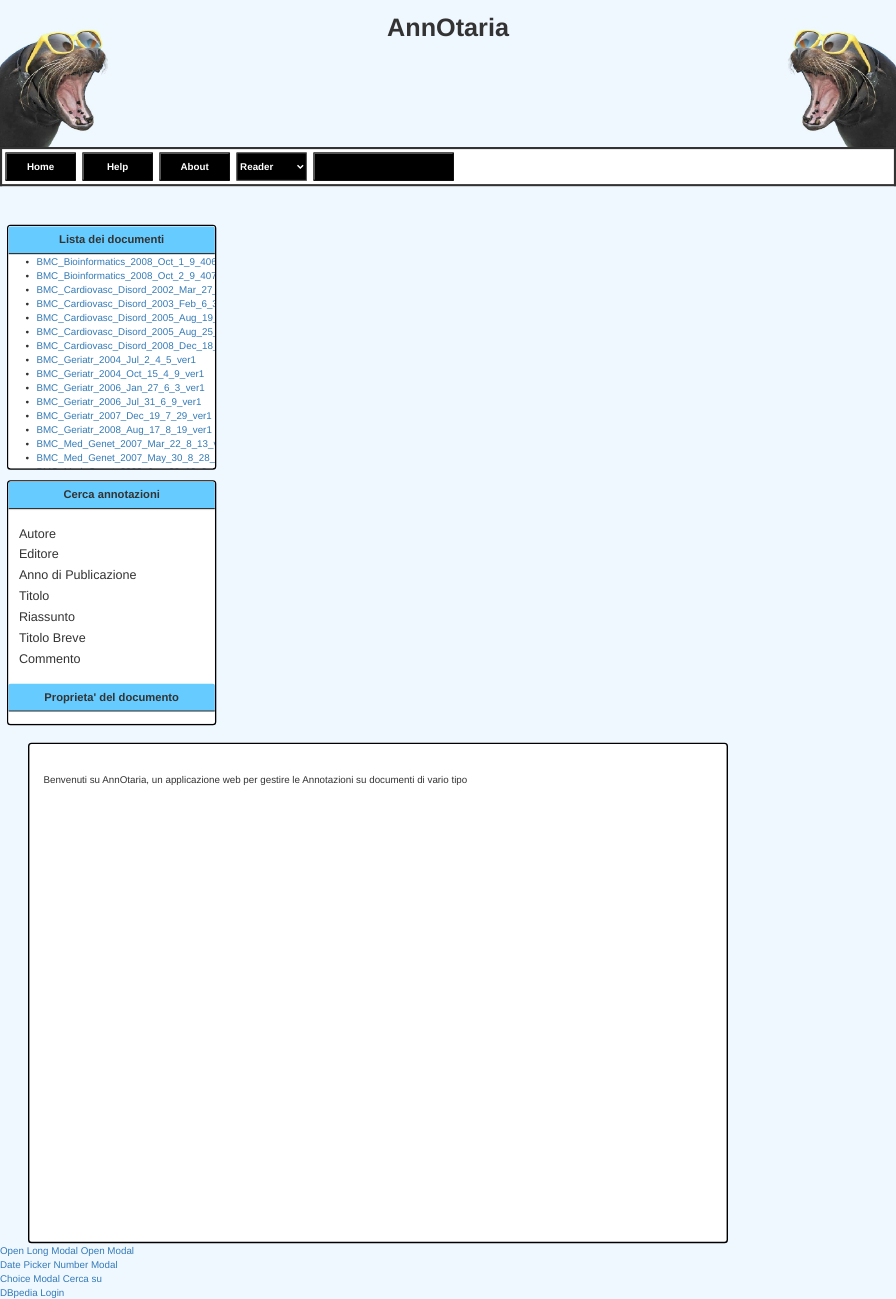
Repository: Bratu92/AnnOtaria
Page: AnnOtaria/View/index.html
The author's editor kept a copy of each file at every save. The page is drawn from the files as they stood at one save, then again after the next save.
The browser window is 1280 px wide. The pictures show the whole page, at 70% of full size.
Some web libraries are served in a nearby version.

Above is the page before, as saved 2015-02-02 16:47:40.

### AnnOtaria/View/index.html
<!DOCTYPE html PUBLIC "-//W3C//DTD HTML 4.01 Transitional//EN" "http://www.w3.org/TR/html4/loose.dtd">
<html>
	<head>
		<title>AnnoOtaria - Title of Document 1</title>
		<script type="text/javascript" src="../lib/jquery-2.1.3.js"></script>
		<!-- Latest compiled and minified CSS -->
		<link rel="stylesheet" href="https://maxcdn.bootstrapcdn.com/bootstrap/3.3.2/css/bootstrap.min.css">

		<!-- Optional theme -->
		<link rel="stylesheet" href="https://maxcdn.bootstrapcdn.com/bootstrap/3.3.2/css/bootstrap-theme.min.css">

		<!-- Latest compiled and minified JavaScript -->
		<script src="https://maxcdn.bootstrapcdn.com/bootstrap/3.3.2/js/bootstrap.min.js"></script>
		<link type="text/css" rel="stylesheet" href="../Css/layoutindex.css"/>
		<link type="text/css" rel="stylesheet" href="../Css/longTextModal.css"/>
		<link type="text/css" rel="stylesheet" href="../Css/shortTextModal.css"/>
		<link type="text/css" rel="stylesheet" href="../Css/numberModal.css"/>
		<link type="text/css" rel="stylesheet" href="../Css/choiceModal.css"/>
		<link type="text/css" rel="stylesheet" href="../Css/layoutDBPedia.css"/>

		<script type="text/javascript" src="../Js/index.js"></script>
		<script type="text/javascript" src="../Js/get_annotations.js"></script>
		<script type="text/javascript" src="../Js/jsDBPedia.js"></script>
		<link href="http://ajax.googleapis.com/ajax/libs/jqueryui/1.8/themes/base/jquery-ui.css" rel="stylesheet" type="text/css"/>
	    <script type="text/javascript" src="http://ajax.googleapis.com/ajax/libs/jquery/1.6.2/jquery.min.js"></script>
        <script src="http://ajax.googleapis.com/ajax/libs/jqueryui/1.8/jquery-ui.min.js"></script>

	</head>
	<body>
		<div class="box0">
			<img class="imgSinistra" src="../File/otariaSinistra.jpg">
			<img class="imgDestra"src="../File/otariaDestra.jpg">
			<h1>AnnOtaria</h1>
		</div>
		<br><br><br><br>
		<div class="menuBar">
		   <table class="tableIndex">
		   <tr class="rigaIndex">
	            <td class="cellaIndex"><input class="menuButton" type="button" onclick="fHelp()" value="Home" name="Home"/></td>
				<td class="cellaIndex"><input class="menuButton" type="button" onclick="fHelp()" value="Help" name="Help"/></td>
				<td class="cellaIndex"><input class="menuButton" type="button" onclick="fAbout()" value="About" name="About"/></td>

				<td class="cellaIndex">
					<select class="selectpicker" onChange="cambiaModalita()" id="mode" >	<!--  class="apri" id="modedata-target="#login"  -->
						<option class="menuOption">Reader</option>
						<option class="menuOption">Annotator</option>
					</select>
				</td>
				<td class="cellannotator">
					<input class="menuButton" type="button" id="userAnnotator"/>
				</td>

		   </tr></table>
		</div>

		<div class="box1"><br>
			<div class="metaArea">
				<div class="proprieta">
					<div class="panel-group" id="accordion">
          				<div class="panel-heading">
            				<h1 class="panel-title">
              					<a data-toggle="collapse" data-parent="#accordion" href="#collapse1">Lista dei documenti</a>
            				</h1>
          				</div>
          				<div id="collapse1" class="panel-collapse collapse in">
            				<ul id="list"></ul>
          				</div>
          				<div class="panel-heading">
            				<h1 class="panel-title">
             					<a data-toggle="collapse" href="#collapse2">Proprieta' del documento</a>
            				</h1>
          				</div>
          				<div id="collapse2" class="panel-collapse collapse">
            				<div class="panel-body">
           						COLLASSA!
          					</div>
        				</div>
      				</div>
      			</div>

				<div class="proprieta">
					<div class="panel-group" id="accordion">
          				<div class="panel-heading">
            				<h1 class="panel-title">
              					<a data-toggle="collapse" data-parent="#accordion" href="#collapse3">Cerca annotazioni</a>
            				</h1>
          				</div>
          				<div id="collapse3" class="panel-collapse collapse in">
          					<div class="panel-body">
           						<!-- Annotazioni sul documento -->
								<div id="annDocumento" >
									<div id="ann_autore" class="annotazioni_doc">
										<h4>Autore</h4>
										<ul id="ul_hasAuthor">
										</ul>
									</div>
									<div id="ann_editore" class="annotazioni_doc">
										<h4>Editore</h4>
										<ul id="ul_hasPublisher">
										</ul>
									</div>
									<div id="ann_anno" class="annotazioni_doc">
										<h4>Anno di Publicazione</h4>
										<ul id="ul_hasPublicationYear">
										</ul>
									</div>
									<div id="ann_titolo" class="annotazioni_doc">
										<h4>Titolo</h4>
										<ul id="ul_hasTitle">
										</ul>
									</div>
									<div id="ann_riassunto" class="annotazioni_doc">
										<h4>Riassunto</h4>
										<ul id="ul_hasAbstract">
										</ul>
									</div>
									<div id="ann_titoloBreve" class="annotazioni_doc">
										<h4>Titolo Breve</h4>
										<ul id="ul_hasShortTitle">
										</ul>
									</div>
									<div id="ann_commento" class="annotazioni_doc">
										<h4>Commento</h4>
										<ul id="ul_hasComment">
										</ul>
									</div>

								</div><!--#annotazioni-->
          					</div>
          				</div>
          				<div class="panel-heading">
            				<h1 class="panel-title">
             					<a data-toggle="collapse" href="#collapse4">Proprieta' del documento</a>
            				</h1>
          				</div>
          				<div id="collapse4" class="panel-collapse collapse">
            				<div class="panel-body">
           						Filtri!
          					</div>
        				</div>
      				</div>
      			</div>
			</div>




			<div class="mainArea">
				<h2 id="title"></h2>
				<p id="contenuto"> Benvenuti su AnnOtaria, un applicazione web per gestire le Annotazioni su documenti di vario tipo</p>
			</div>
		</div>







<!------------------------------------------ MODAL WINDOWS ----------------------------------------------->
	<div class="trick">
		<a href="#longTextModal">Open Long Modal</a>
		<div id="longTextModal" class="modalDialog">
			<div>
				<a href="#close" title="Close" class="close">X</a>
				<h4>Inserisci testo:</h4>
				<p><textarea id="longText"></textarea></p>
			</div>
		</div>

		<a href="#openModal0">Open Modal</a>
		<div id="openModal0" class="modalDialog">
			<div>
				<a href="#close" title="Close" class="close">X</a>
				<h2>Inserisci il nome</h2>
				<div>
					<input type="text" class="form-control" id="nome"  maxlength="80" placeholder="Inserisci il nome..." >
				</div>
			</div>
		</div>


		<a href="#datePicker">Date Picker</a>
		<div id="datePicker" class="modalDialog">
			<div>
				<a href="#close" title="Close" class="close">X</a>
				<h1> Inserisci Data </h1>
				<form>
				    <input id="datepicker" readonly/>
       				<button type="submit" class="btn btn-default">Inserisci!</button>
				</form>
			</div>
		</div>


		<a href="#openModal1">Number Modal</a>
		<div id="openModal1" class="modalDialog">
			<div>
				<a href="#close" title="Close" class="close">X</a>
				<h2>Come trovi l'annotazione?</h2>
				<div>
					<form id="bootstrapSelectForm" method="post" class="form-horizontal">
						<div class="form-group">
							<label class="col-xs-3 control-label">Dai un voto:</label>
							<div class="col-xs-5 selectContainer">
								<select name="numbers" class="form-control" multiple title="Choose one number">
                					<option value="one">1</option>
                					<option value="two">2</option>
                					<option value="three">3</option>
                					<option value="four">4</option>
                					<option value="five">5</option>
            					</select>
        					</div>
    					</div>
    					<div class="form-group">
        					<div class="col-xs-5 col-xs-offset-3">
        						<button type="submit" class="btn btn-default">Vota!</button>
        					</div>
    					</div>
					</form>
				</div>
			</div>
		</div>


		<a href="#choiceModal">Choice Modal</a>
		<div id="choiceModal" class="modalDialog">
			<div>
				<a href="#close" title="Close" class="close">X</a>
				<h2>Scegli un'opzione:</h2>
				<form id="bootstrapSelectForm" method="post" class="form-horizontal">
						<div class="form-group">
							<div class="col-xs-5 selectContainer">
								<select name="numbers" class="form-control-choice" multiple title="Scegli la stringa">
                					<option value="string1">stringa1</option>
                					<option value="string2">stringa2</option>
                					<option value="string3">stringa3</option>
                					<option value="string4">stringa4</option>
                					<option value="string5">stringa5</option>
            					</select>
        					</div>
    					</div>
    					<div class="form-group">
        					<div class="col-xs-5 col-xs-offset-3">
        						<button type="submit" class="btn btn-default">Submit</button>
        					</div>
    					</div>
					</form>
			</div>
		</div>


		<a href="#DBpedia">Cerca su DBpedia</a>
		<div id="DBpedia" class="modalDialog">
			<div id="dbpedia">

					<a href="#close" title="Close" class="close">X</a>
					<h4>Cerca su DBPedia:</h4>
						<input type="text" name="search" id="userSearch" size="20" />
						<input type="submit" name="go" value=" Search " onClick="searchDBPedia()"/>
						<div><p id="testo"></p></div>
						<div></div>

			</div>

		</div>



		<a href="#login">Login</a>
		<div class="modalDialog" id="login">
			<div>
				<a href="#close" title="Close" class="close">X</a>
				<h4>Esegui il login per passare alla modalità annotator:</h4><br>
				<div class="inblock">
					<label>Email:</label>
					<label>Username:&#160;&#160;</label>
				</div>
				<div class="inblock">
					<input type="text" name="email" id="login_nome" size="30" /><br>
					<input type="text" name="Username" id="login_email" size="30" /><br>
				</div><br><br><br>
				<input class="btn btn-default" type="button" value="Login" onclick="log()" data-dismiss="modal"/>
				<div>
					<p id="testo"></p></div>
				</div>
		</div>



	</div>


	</body>
</html>

### AnnOtaria/Css/layoutindex.css
@CHARSET "ISO-8859-1";

.box0
{
	position: relative;
	width: 100%;
	height: 100px;
	display: block;
}

body
{
	background-color: #F0F8FF;
}

.menubar
{
	margin-top: 90px;
    width: 100%;
	color: white;
	background-color: black;
	display: block;
}

.menuButton
{
	background-color: black;
	color: white;
	height: 100%;
	width: 100%;
	font-weight:bold;
}

select
{
	background-color: black;
	color: white;
	height: 100%;
	width: 100%;
	font-weight:bold;
}

.box1
{
	margin: 10px;
	display: block;
}


.lista
{
	width: 250px;
	height: 290px;
    overflow: scroll;
	margin-top: 20px;
	border: solid;
	border-width: 2px;
	border-color: #000000;
	border-radius: 5px;
	background-color:white;
}

.scroll
{
	width: 98%;
	border: solid;
	border-width: 1px;
	height: 120px;
	overflow-y: scroll;
}

.proprieta
{
	width: 299px;
	height: 350px;
	overflow: scroll;
	margin-top: 15px;
	border:solid;
	border-width: 2px;
	border-color:#000000;
	border-radius: 5px;
	background-color:white;
}

.filtri
{
	width: 250px;
	height: 290px;
	overflow: scroll;
	margin-top: 15px;
	border:solid;
	border-width: 2px;
	border-color:#000000;
	border-radius: 5px;
	background-color:white;
}

.metaArea
{
	position: relative;
	float:left;
	margin-top:10px;
	border-color:#000000;
}

.mainArea
{
	position: relative;
	border: 2px solid;
	border-color:#000000;
    float: left;
    padding: 20px;
    margin-left: 30px;
    background-color:white;
    margin-top:25px;
    width:1000px;
    height:715px;
    overflow-y:scroll;
    border-radius: 5px;
}

label
{
	display: block;
}

#longtext
{
	min-width: 560px;
	min-height: 136px;
}

h1
{
	text-align:center;
	font-weight:bold;
}

table.tableIndex
{
	width: 100%;
	height: 10%;
}

tr.rigaIndex
{
	background-color: white;
	width:100px;
	height: 50px;
	border:solid;
	borderwidth:2px;

}

td.cellaIndex
{
	position: relative;
	float: left;
	background-color: #000000;
	height: 40px;
	width: 100px;
	margin: 5px;
}

.cellannotator
{
	position: relative;
	float: left;
	background-color: #000000;
	height: 40px;
	width: 200px;
	margin: 5px;
}

.trick
{
	margin-top:20px;
	width:200px;
}

.titoloArea
{
	text-align:center;
	background-color:#66CCFF;
	display: block;
	border-bottom:solid;
	border-bottom-width:2px;
}

.imgSinistra
{
	width:170px;
	height:190px;
	position:relative;
	float:left;
	margin:0px;
}

.imgDestra
{
	width:170px;
	height:190px;
	position:relative;
	float:right;
	margin:0px;
}

.panel-heading
{
	border-bottom:solid !important;
	border-bottom-width:2px !important;
	background-color:#66CCFF;
	font-weight: bold;
}

.inblock
{
	display: inline;
	position: relative;
	float: left;
}

.onright
{
	position: relative;
	float: right;
}

### AnnOtaria/Css/longTextModal.css
@CHARSET "ISO-8859-1";

.modalDialog {
	position: fixed;
	font-family: Arial, Helvetica, sans-serif;
	top: 0;
	right: 0;
	bottom: 0;
	left: 0;
	background: rgba(0,0,0,0.8);
	z-index: 99999;
	opacity:0;
	-webkit-transition: opacity 400ms ease-in;
	-moz-transition: opacity 400ms ease-in;
	transition: opacity 400ms ease-in;
	pointer-events: none;
}

.modalDialog:target {
	opacity:1;
	pointer-events: auto;
}

.modalDialog > div {
	background: linear-gradient(#fff, #999) repeat scroll 0 0 rgba(0, 0, 0, 0);
    border-radius: 10px;
    height: 200px;
    margin: 10% auto;
    padding: 5px 20px 13px;
    position: relative;
    width: 600px;
}

.close {
	background: #606061;
	color: #FFFFFF;
	line-height: 25px;
	position: absolute;
	right: -12px;
	text-align: center;
	top: -10px;
	width: 24px;
	text-decoration: none;
	font-weight: bold;
	-webkit-border-radius: 12px;
	-moz-border-radius: 12px;
	border-radius: 12px;
	-moz-box-shadow: 1px 1px 3px #000;
	-webkit-box-shadow: 1px 1px 3px #000;
	box-shadow: 1px 1px 3px #000;
}

.close:hover { background: #00d9ff; }

#longText{

	min-height: 132px;
    min-width: 560px;

}

### AnnOtaria/Css/shortTextModal.css
@CHARSET "ISO-8859-1";


.modalDialog {
	position: fixed;
	font-family: Arial, Helvetica, sans-serif;
	top: 0;
	right: 0;
	bottom: 0;
	left: 0;
	background: rgba(0,0,0,0.8);
	z-index: 99999;
	opacity:0;
	-webkit-transition: opacity 400ms ease-in;
	-moz-transition: opacity 400ms ease-in;
	transition: opacity 400ms ease-in;
	pointer-events: none;
}

.modalDialog:target {
	opacity:1;
	pointer-events: auto;
}

.modalDialog > div {
	max-width: 710px;
	position: relative;
	margin: 10% auto;
	padding: 5px 20px 13px 20px;
	border-radius: 10px;
	background: #fff;
	background: -moz-linear-gradient(#fff, #999);
	background: -webkit-linear-gradient(#fff, #999);
	background: -o-linear-gradient(#fff, #999);
}

.close {
	background: #606061;
	color: #FFFFFF;
	line-height: 25px;
	position: absolute;
	right: -12px;
	text-align: center;
	top: -10px;
	width: 24px;
	text-decoration: none;
	font-weight: bold;
	-webkit-border-radius: 12px;
	-moz-border-radius: 12px;
	border-radius: 12px;
	-moz-box-shadow: 1px 1px 3px #000;
	-webkit-box-shadow: 1px 1px 3px #000;
	box-shadow: 1px 1px 3px #000;
}

.close:hover { background: #00d9ff; }




.form-control
{
  display: block;
  width: 100%;
  height: 34px;
  padding: 6px 12px;
  font-size: 14px;
  line-height: 1.428571429;
  maxlenght: 80;
  color: #555555;
  vertical-align: middle;
  background-color: #ffffff;
  border: 1px solid #cccccc;
  border-radius: 4px;
  -webkit-box-shadow: inset 0 1px 1px rgba(0, 0, 0, 0.075);
          box-shadow: inset 0 1px 1px rgba(0, 0, 0, 0.075);
  -webkit-transition: border-color ease-in-out 0.15s, box-shadow ease-in-out 0.15s;
          transition: border-color ease-in-out 0.15s, box-shadow ease-in-out 0.15s;
}

### AnnOtaria/Css/numberModal.css
@CHARSET "ISO-8859-1";

.modalDialog {
	position: fixed;
	font-family: Arial, Helvetica, sans-serif;
	top: 0;
	right: 0;
	bottom: 0;
	left: 0;
	background: rgba(0,0,0,0.8);
	z-index: 99999;
	opacity:0;
	-webkit-transition: opacity 400ms ease-in;
	-moz-transition: opacity 400ms ease-in;
	transition: opacity 400ms ease-in;
	pointer-events: none;
}

.modalDialog:target {
	opacity:1;
	pointer-events: auto;
}

.modalDialog > div {
	background: linear-gradient(#fff, #999) repeat scroll 0 0 rgba(0, 0, 0, 0);
    border-radius: 10px;
    height: 240px;
    margin: 10% auto;
    padding: 5px 20px 13px;
    position: relative;
    width: 600px;
}

.close {
	background: #606061;
	color: #FFFFFF;
	line-height: 25px;
	position: absolute;
	right: -12px;
	text-align: center;
	top: -10px;
	width: 24px;
	text-decoration: none;
	font-weight: bold;
	-webkit-border-radius: 12px;
	-moz-border-radius: 12px;
	border-radius: 12px;
	-moz-box-shadow: 1px 1px 3px #000;
	-webkit-box-shadow: 1px 1px 3px #000;
	box-shadow: 1px 1px 3px #000;
}

.close:hover { background: #00d9ff; }

#bootstrapSelectForm .selectContainer .form-control-feedback
{
    /* Adjust feedback icon position */
    right: -15px;
}

### AnnOtaria/Css/choiceModal.css
@CHARSET "ISO-8859-1";

.form-control-choice
{
	width: 560px;
    /* Adjust feedback icon position */
    <!--right: -15px;-->
}

### AnnOtaria/Css/layoutDBPedia.css
@CHARSET "ISO-8859-1";

.modalDialog
{
	position: fixed;
	font-family: Arial, Helvetica, sans-serif;
	top: 0;
	right: 0;
	bottom: 0;
	left: 0;
	background: rgba(0,0,0,0.8);
	z-index: 99999;
	opacity:0;
	-webkit-transition: opacity 400ms ease-in;
	-moz-transition: opacity 400ms ease-in;
	transition: opacity 400ms ease-in;
	pointer-events: none;
}


.modalDialog:target
{
	opacity:1;
	pointer-events: auto;
}

.modalDialog > div#dbpedia
{
	background: linear-gradient(#fff, #999) repeat scroll 0 0 rgba(0, 0, 0, 0);
    border-radius: 10px;
    height: auto;
    margin: 10% auto;
    padding: 5px 20px 13px;
    position: relative;
    width: 600px;
    top: -113px;
}



.close
{
	background: #606061;
	color: #FFFFFF;
	line-height: 25px;
	position: absolute;
	right: -12px;
	text-align: center;
	top: -10px;
	width: 24px;
	text-decoration: none;
	font-weight: bold;
	-webkit-border-radius: 12px;
	-moz-border-radius: 12px;
	border-radius: 12px;
	-moz-box-shadow: 1px 1px 3px #000;
	-webkit-box-shadow: 1px 1px 3px #000;
	box-shadow: 1px 1px 3px #000;
}

.close:hover { background: #00d9ff; }#00d9ff; }

### AnnOtaria/Js/index.js

var annotazioni = [];
var lista_autori = [];
var docCorrente;
var mode=0;			//0 = reader , 1=annotator
var username;		//prendo l'username quando passo in modalità annotatore
var email;			//prendo l'email quando passo in modalità annotatore

function main()
{
	$.ajax(
	{
		method: 'GET',
		url: '../File/indirizzi.json',
		success: function(d)
		{
			for (var i=0; i<d.length; i++)
			{
				$('#list').append("<li><a href='#' onclick='load(\""+d[i].url+"\",\""+d[i].label+"\")'>"+d[i].label+"</a></li>");
			}
		},
		error: function(a,b,c)
		{
			alert('Nessun documento da mostrare')
		}
	});
}



function load(url, file)
{
	docCorrente = file;
	$.ajax(
	{
		method: 'GET',
		url: url,
		success: function(result)
		{
			$('#contenuto').html(result)
			$('#title').html($('#contenuto h1'));
			/*Carica informazioni del documento*/
			caricaInfoDoc(result, file);
			selectAnnotazioniDocumento(file+".html");
		},
		error: function(a,b,c)
		{
			alert('Non ho potuto caricare il file '+file)
		}
	});
}

$(document).ready(function()
{
	$("#datepicker").datepicker(
	{
		DateFormat: 'dd/mm/yy'
	});
	main();
});

/*Carica le informazioni sul documento*/
function caricaInfoDoc(result, title)
{
	var info = $(result).find(".metadata-group");
	$('#infoDocumento div.active').hide();
	$('#infoDocumento div').removeClass("active");
	$('#infoDocumento').append("<div id='info_"+title+"' class='active'></div>");
	$('#infoDocumento div.active').show();
	for (var i=0; i<2; i++)
	{
		 $('#info_'+title).append(info[i]);
	}
}



function cambiaModalita()
{
	alert("aperto il cambia modalita");
	if(mode == 1)	/*Da annotator a reader*/
	{
		alert("partiamo da modalita annotator");
		$('#mode').attr("data-toggle","");
		$('#mode').attr("data-target","");
		var esci = true;
		if(annotazioniCreate >0)	/*Ci sono annotazioni non salvate, chiedo all'utente cosa vuole fare*/
		{
			esci = confirm('Tornando in modalit&agrave; Reader tutte le annotazioni non salvate andranno perse! Procedere comunque?');
		}			/*Esco solo nel caso in cui non ci sono annotazioni pendenti, o se l'utente ha dato il consenso*/
		if(esci == true)
		{
			/*Resetto tutto*/
			utente[ut_nome]= "";
			utente[ut_email]="";
			mode = 0;
			/*$('#gestisci_ann').attr("style","display:none");
			$('#ann_doc').attr("style","display:none");
			$('#ann_fram').attr("style","display:none");
			$('#mode').html("<span>Mode: Reader</span>");
			testoSelez="";
			modificaInCorso = 0;
			$("#bt_eliminaAnnotazioni").trigger("click");*/
		}
	}
	if(mode == 0)
	{
		alert("parti da reader e vai in annotator");
		//$('#mode').attr("data-toggle","modal");
		$('#mode').attr("data-target","#login");
	}
}




function log()
{
	{
		try
		{
			alert("dentro il try del controllo login");
			if(($("#login_nome").val().length == 0))
			{		/*Controlliamo che sia stato inserito il nome*/
				throw "Devi inserire il nome";
				alert("dentro il l'if del nome");
			}
			if(($("#login_email").val().length == 0))
			{		/*Controlliamo che sia stata inserita l'email*/
				throw "Devi inserire l'email";
				alert("dentro il l'if dell'email");
			}
			/*Se e' tutto ok salviamo i valori e passiamo in modalita'  annotator*/
			username=($("#login_nome").val());
			email=($("#login_email").val());
			alert(username);
			alert(email);
			mode = 1; /*Passiamo in modalitÃ  annotatore*/
			$('#userAnnotator').html("<span><b>"+username+"</b></span>");
			/*Qui bisogna inserire i comandi dell'annotator*/
			/*$('#gestisci_ann').attr("style","inline");
			$('#ann_doc').attr("style","inline");
			$('#ann_fram').attr("style","inline");
			$("#login_nome").val("");
			$("#login_email").val("");*/
		}
		catch(err)
		{
			$("#login_nome").val("");
			$("#login_email").val("");
			alert(err);
			alert("qualcosa e' andato storto");
		}
	}
}

### AnnOtaria/Js/jsDBPedia.js
function searchDBPedia(){

	var userInput= $("#userSearch").val();
	userInput = userInput.replace(/ /g, '_');

	 var url = "http://dbpedia.org/sparql";

	 var query = "\
	     PREFIX dbpedia2: <http://dbpedia.org/resource/>\
	     PREFIX Abs: <http://dbpedia.org/ontology/>\
	     SELECT ?abstract\
		 WHERE {\
	            dbpedia2:"+userInput+" Abs:abstract ?abstract\ " +
	            		"FILTER(LANG(?abstract) = \"\" || LANGMATCHES(LANG(?abstract), \"it\"))}";



	 var queryUrl = encodeURI( url+"?query="+query+"&format=json" );
	    $.ajax({
	        dataType: "jsonp",
	        url: queryUrl,
	        success: function( _data ) {
	            var results = _data.results.bindings;
	            for ( var i in results ) {
	                var res = results[i].abstract.value;
	                $("#testo").text(res);

	            }
	        }
	    });





}

Loaded but not shown: AnnOtaria/lib/jquery-2.1.3.js (library); AnnOtaria/File/indirizzi.json (122 lines, source omitted); AnnOtaria/Js/get_annotations.js (412 lines, source omitted)

After the next save:
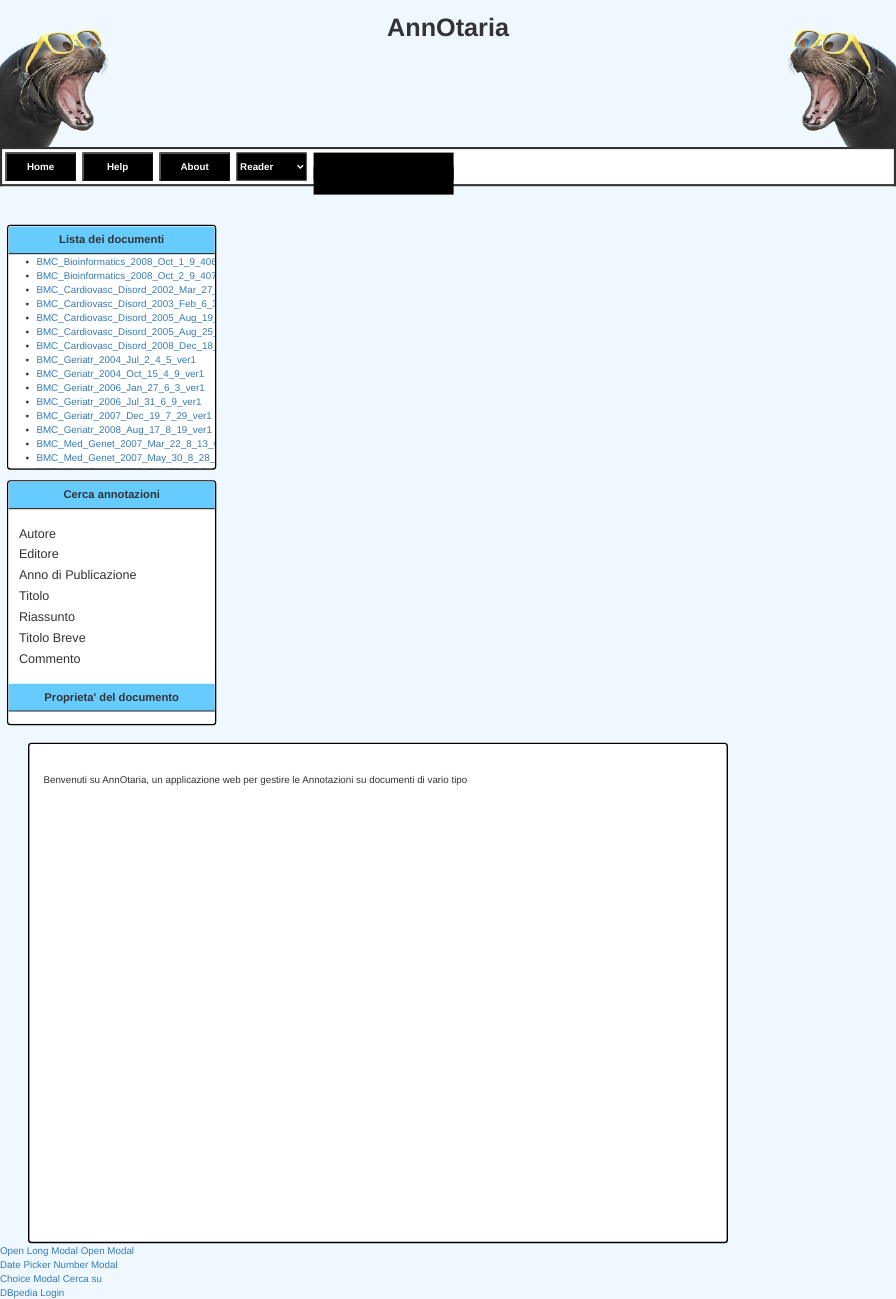
Saved 96 s later.
--- a/AnnOtaria/View/index.html
+++ b/AnnOtaria/View/index.html
@@ -47,7 +47,7 @@
 					</select>
 				</td>
 				<td class="cellannotator">
-					<input class="menuButton" type="button" id="userAnnotator"/>
+					<h1 class="menuButton" type="button" id="userAnnotator"/></h1>
 				</td>
 
 		   </tr></table>
